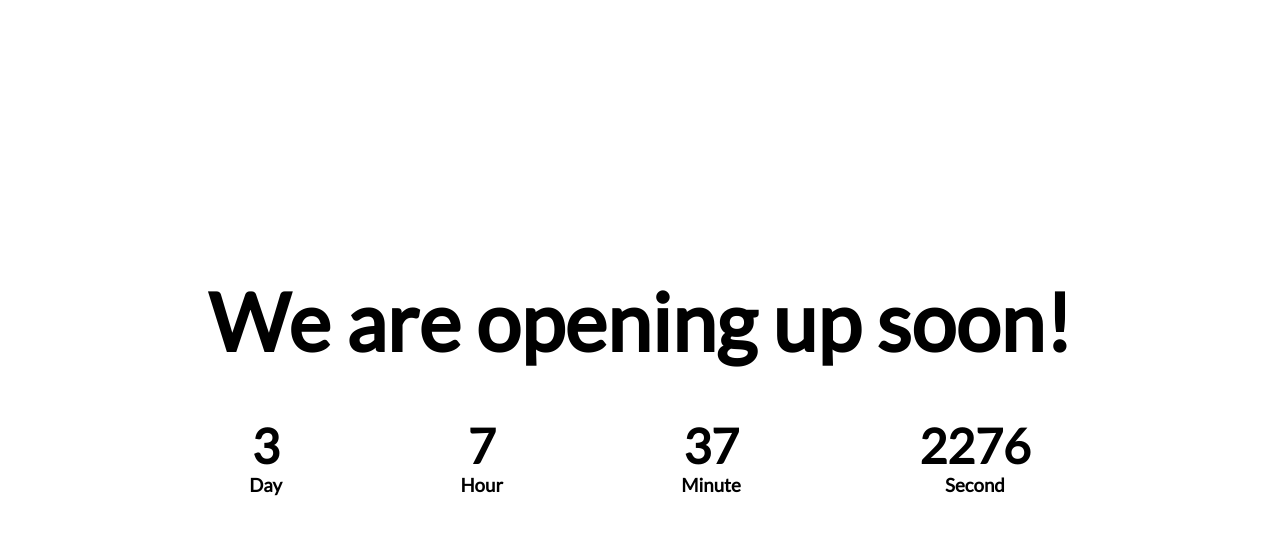
Repository: PratypartyY2K/JavaScript-Projects
Page: Countdown/index.html
These files come from the project's save history. The page is drawn as it stood at one moment and after the next save; the edit follows.
The browser window is 1280 px wide. The pictures show the whole page.

Above is the page before, as saved 2021-05-13 17:02:10.

After the next save:
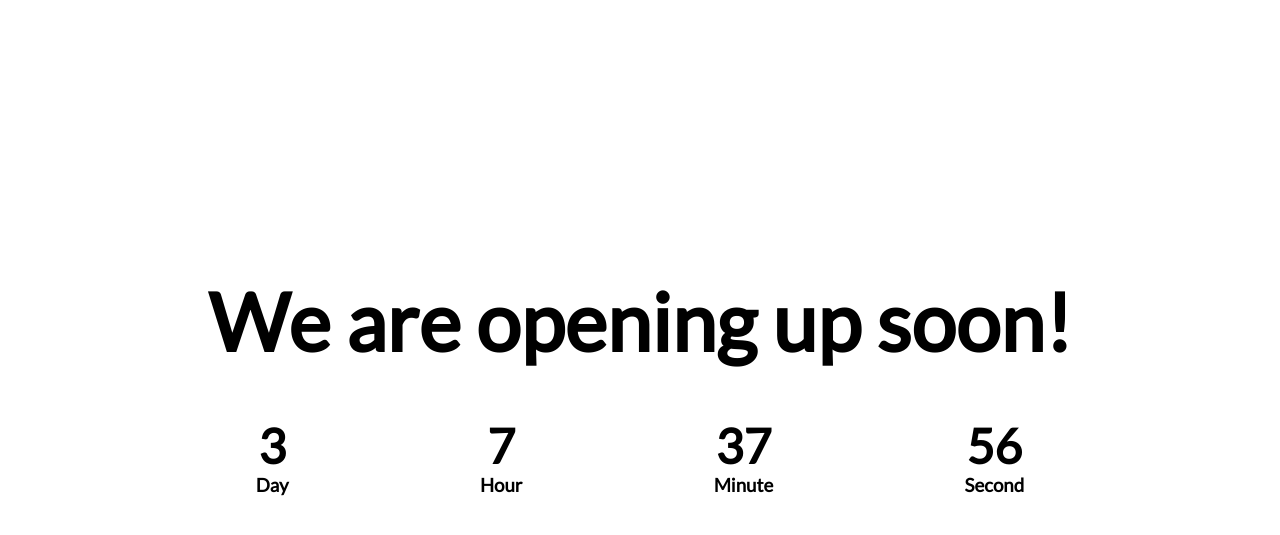
Saved 61 s later.
--- a/Countdown/app.js
+++ b/Countdown/app.js
@@ -11,7 +11,7 @@ const countdown = () => {
     const textDay = Math.floor(gap / day);
     const textHour = Math.floor((gap % day)/hour);
     const textMinute = Math.floor((gap % hour)/minute);
-    const textSecond = Math.floor((gap % hour)/second);
+    const textSecond = Math.floor((gap % minute)/second);
 
     document.querySelector('.day').innerText = textDay;
     document.querySelector('.hour').innerText = textHour;
